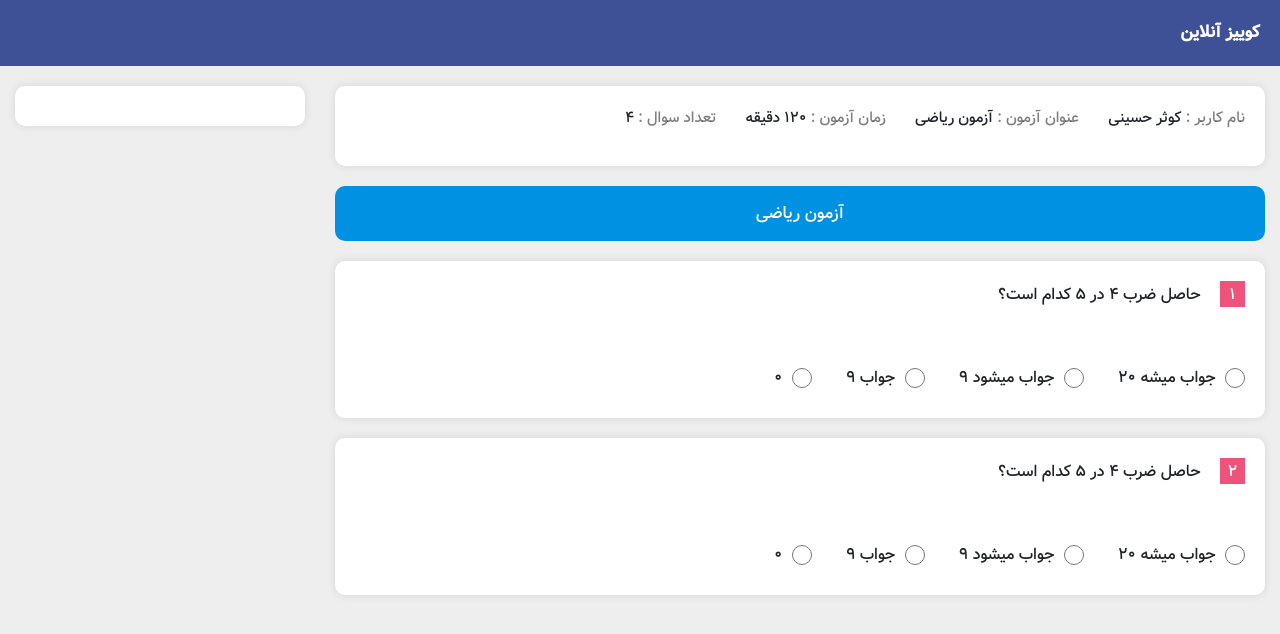
Repository: kosar78/quiz-online
Page: quiz.html
These files come from the project's save history. The page is drawn as it stood at one moment and after the next save; the edit follows.
The browser window is 1280 px wide. The pictures show the whole page.
Some web libraries are served in a nearby version.

Above is the page before, as saved 2022-01-09 23:21:45.
Console error: TypeError: Cannot set properties of null (setting 'innerHTML')

### quiz.html
<!DOCTYPE html>
<html lang="en">
<head>
    <meta charset="UTF-8">
    <meta name="viewport" content="width=device-width, initial-scale=1.0">
    <link rel="stylesheet" href="css/quiz.css">
    <link rel="stylesheet" href="bootstrap_files/css/bootstrap.min.css">
    <script type="text/javascript" src="JQuery_file/jQuery.js"></script>
    <script type="text/javascript" src="bootstrap_files/js/bootstrap.min.js"></script>
    <script type="text/javascript" src="js/quiz-timer.js"></script>
    <title>امتحان</title>
</head>
<body>
    <div class="container-fluid signin-container">
        <div class="row main-row">
            <div class="headerr">کوییز آنلاین</div>

            <div class="col-xl-9">
                <div class="quiz-details">
                    <ul>
                        <li>
                            <ul>
                                <li class="q-info-title">نام کاربر :</li>
                                <li>کوثر حسینی</li>
                            </ul>
                        </li>
                        <li>
                            <ul>
                                <li class="q-info-title">عنوان آزمون :</li>
                                <li>آزمون ریاضی</li>
                            </ul>
                        </li>
                        <li>
                            <ul>
                                <li class="q-info-title">زمان آزمون :</li>
                                <li>120 دقیقه</li>
                            </ul>
                        </li>
                        <li>
                            <ul>
                                <li class="q-info-title">تعداد سوال :</li>
                                <li>4</li>
                            </ul>
                        </li>
                    </ul>
                </div>
                <div class="exam-title-div">
                    <p class="exam-title">
                        آزمون ریاضی
                    </p>
                </div>


                <div class="question-box">
                    <ul>
                        <li class="question-number">1</li>
                        <li class="question-face">حاصل ضرب 4 در 5 کدام است؟</li>
                    </ul>
                    <img src="" alt="" class="q-pic">

                    <ul class="q-options">
                        <li>
                            <input type="radio" id="contactChoice1" name="answer" value="1" >
                        <label for="contactChoice1">جواب میشه 20</label>
                        </li>
                        <li>
                            <input type="radio" id="contactChoice2" name="answer" >
                            <label for="contactChoice2">جواب میشود 9</label>
                        </li>
                        <li>
                            <input type="radio" id="contactChoice3" name="answer" >
                            <label for="contactChoice3">جواب 9</label>
                        </li>
                        <li>
                            <input type="radio" id="contactChoice4" name="answer" >
                            <label for="contactChoice4">0</label>
                        </li>



                    </ul>
                </div>

                <div class="question-box">
                    <ul>
                        <li class="question-number">2</li>
                        <li class="question-face">حاصل ضرب 4 در 5 کدام است؟</li>
                    </ul>
                    <img src="" alt="" class="q-pic">

                    <ul class="q-options">
                        <li>
                            <input type="radio" id="contactChoice1" name="answer" value="1" >
                        <label for="contactChoice1">جواب میشه 20</label>
                        </li>
                        <li>
                            <input type="radio" id="contactChoice2" name="answer" >
                            <label for="contactChoice2">جواب میشود 9</label>
                        </li>
                        <li>
                            <input type="radio" id="contactChoice3" name="answer" >
                            <label for="contactChoice3">جواب 9</label>
                        </li>
                        <li>
                            <input type="radio" id="contactChoice4" name="answer" >
                            <label for="contactChoice4">0</label>
                        </li>



                    </ul>
                </div>
            </div>
            <div class="col-xl-3">
                <div class="quiz-timer">
                    <div id="app"></div>
                </div>
            </div>
        </div>
    </div>

    <script src="https://cdnjs.cloudflare.com/ajax/libs/axios/0.18.0/axios.min.js"></script>
    <!-- <script src="./connectToDB/signUp.js"></script> -->

</body>
</html>

### css/quiz.css
@font-face {
    font-family: FirstFont;
    src:url(../font/Vazir-Medium.woff2) format('woff2');
    src:url(../font/Vazir-Medium-FD-WOL.woff2) format('woff2');
  }
* {
    margin: 0;
    padding: 0;
    user-select: none;
    -moz-user-select: none;
    -khtml-user-select: none;
    -webkit-user-select: none;
    -o-user-select: none;
    text-align: right;
    text-decoration:none;
}
html body {
    direction: rtl;
    font-family:FirstFont;
    text-align: center;
    /* background: linear-gradient(260.06deg, #363671 12.33%, #3E5196 57.46%); */
    /* height: 100vh; */
    background-color: #eee;
}

ul li{
    display: inline-block;
    list-style: none;
}
.headerr{
    background-color: #3E5196;
    color: white;
    font-weight: 600;
    width: 100%;
    padding: 20px;
    font-size: 17px;
}
.quiz-details,
.question-box,
.quiz-timer{
    background-color: #fff;
    box-shadow: 0px 0px 10px rgba(0, 0, 0, 0.1);
    border-radius: 10px;
    width: 100%;
    height: max-content;
    padding: 20px !important;
    position: relative;
    margin: 20px 0;
}
.quiz-details ul li ul{
    margin-left: 25px;
    font-size: 15px;
}
.q-info-title{
    color: rgb(0, 0, 0,.5);
}
.exam-title-div{
    background-color:#0091E2;
    border-radius: 10px;
    width: 100%;
    height: max-content;
    padding: 15px !important;
    position: relative;
    margin: 20px 0;
}
.exam-title-div p{
    color: #fff;
    font-size: 17px;
    text-align: center;
    padding-top: 0px;
    margin-bottom: 0px;

}
.question-box .q-pic{
    max-width: 300px;
}
.question-box .q-options label{
    margin-left: 30px;
    margin-right: 5px;
}
.question-number{
    background-color: #EE537C;
    /* padding: 3px 8px; */
    width: 25px;
    margin-left: 15px;
    color: #fff;
    padding-top: 2px;
    text-align: center;

}
.q-options{
    margin-top: 15px;
    position: relative;
    margin-bottom: 0;
}
.q-options input{
    width: 20px;
    position: relative;
    height: 20px;
    top: 6px;

}
::placeholder {
    color: rgb(0, 0, 0,.5);
    opacity: 0.95;
  }

:-ms-input-placeholder {
    color: rgb(0, 0, 0,.5);
}

::-ms-input-placeholder {
    color: rgb(0, 0, 0,.5);
}

@media(max-width:335px){
    #password,
    #username,
    #confirm-password,
    #code{
        width: 84%;
    }

}
.base-timer {
    position: relative;
    width: 300px;
    height: 300px;
  }

  .base-timer__svg {
    transform: scaleX(-1);
  }

  .base-timer__circle {
    fill: none;
    stroke: none;
  }

  .base-timer__path-elapsed {
    stroke-width: 7px;
    stroke: grey;
  }

  .base-timer__path-remaining {
    stroke-width: 7px;
    stroke-linecap: round;
    transform: rotate(90deg);
    transform-origin: center;
    transition: 1s linear all;
    fill-rule: nonzero;
    stroke: currentColor;
  }

  .base-timer__path-remaining.green {
    color: rgb(65, 184, 131);
  }

  .base-timer__path-remaining.orange {
    color: orange;
  }

  .base-timer__path-remaining.red {
    color: red;
  }

  .base-timer__label {
    position: absolute;
    width: 300px;
    height: 300px;
    top: 0;
    display: flex;
    align-items: center;
    justify-content: center;
    font-size: 48px;
  }

### js/quiz-timer.js
// Credit: Mateusz Rybczonec

const FULL_DASH_ARRAY = 283;
const WARNING_THRESHOLD = 10;
const ALERT_THRESHOLD = 5;

const COLOR_CODES = {
  info: {
    color: "green"
  },
  warning: {
    color: "orange",
    threshold: WARNING_THRESHOLD
  },
  alert: {
    color: "red",
    threshold: ALERT_THRESHOLD
  }
};

const TIME_LIMIT = 20;
let timePassed = 0;
let timeLeft = TIME_LIMIT;
let timerInterval = null;
let remainingPathColor = COLOR_CODES.info.color;

document.getElementById("app").innerHTML = `
<div class="base-timer">
  <svg class="base-timer__svg" viewBox="0 0 100 100" xmlns="http://www.w3.org/2000/svg">
    <g class="base-timer__circle">
      <circle class="base-timer__path-elapsed" cx="50" cy="50" r="45" />
    </g>
  </svg>
  <span>
    <!-- Remaining time label -->
  </span>
</div>
`;

startTimer();

function onTimesUp() {
  clearInterval(timerInterval);
}

function startTimer() {
  timerInterval = setInterval(() => {
    timePassed = timePassed += 1;
    timeLeft = TIME_LIMIT - timePassed;
    document.getElementById("base-timer-label").innerHTML = formatTime(
      timeLeft
    );
    setCircleDasharray();
    setRemainingPathColor(timeLeft);

    if (timeLeft === 0) {
      onTimesUp();
    }
  }, 1000);
}

function formatTime(time) {
  const minutes = Math.floor(time / 60);
  let seconds = time % 60;

  if (seconds < 10) {
    seconds = `0${seconds}`;
  }

  return `${minutes}:${seconds}`;
}

function setRemainingPathColor(timeLeft) {
  const { alert, warning, info } = COLOR_CODES;
  if (timeLeft <= alert.threshold) {
    document
      .getElementById("base-timer-path-remaining")
      .classList.remove(warning.color);
    document
      .getElementById("base-timer-path-remaining")
      .classList.add(alert.color);
  } else if (timeLeft <= warning.threshold) {
    document
      .getElementById("base-timer-path-remaining")
      .classList.remove(info.color);
    document
      .getElementById("base-timer-path-remaining")
      .classList.add(warning.color);
  }
}

function calculateTimeFraction() {
  const rawTimeFraction = timeLeft / TIME_LIMIT;
  return rawTimeFraction - (1 / TIME_LIMIT) * (1 - rawTimeFraction);
}

function setCircleDasharray() {
  const circleDasharray = `${(
    calculateTimeFraction() * FULL_DASH_ARRAY
  ).toFixed(0)} 283`;
  document
    .getElementById("base-timer-path-remaining")
    .setAttribute("stroke-dasharray", circleDasharray);
}

Loaded but not shown: bootstrap_files/css/bootstrap.min.css (library); JQuery_file/jQuery.js (library); bootstrap_files/js/bootstrap.min.js (library)

After the next save:
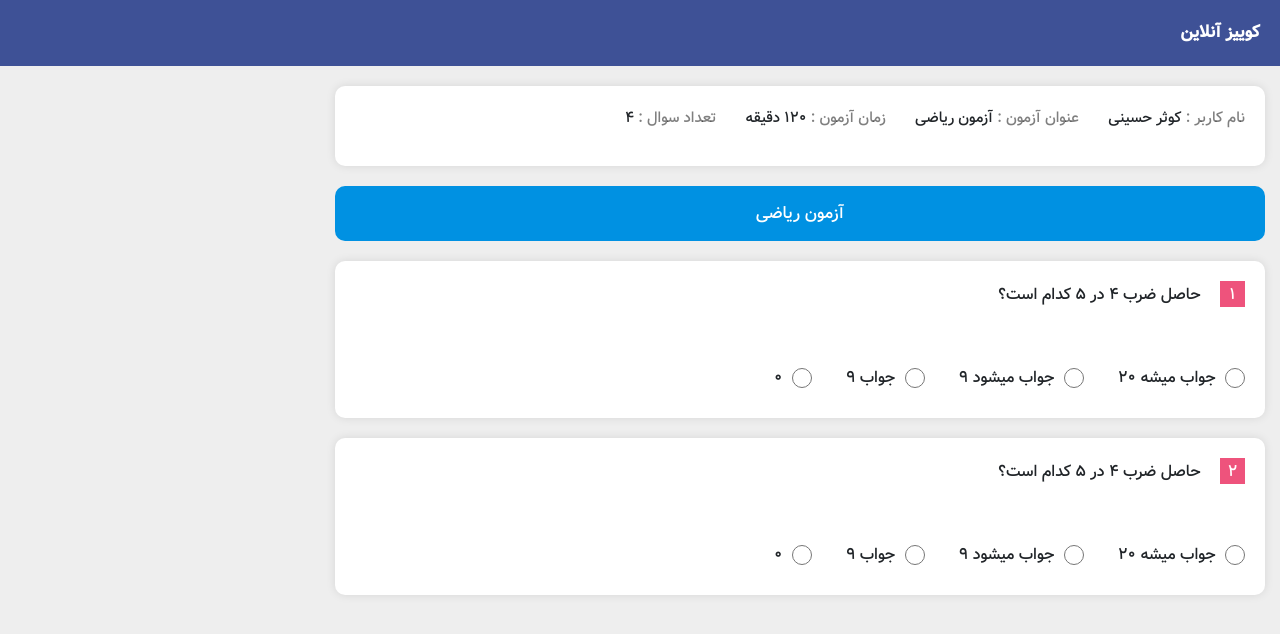
Saved 16 s later.
--- a/quiz.html
+++ b/quiz.html
@@ -112,9 +112,9 @@
                 </div>
             </div>
             <div class="col-xl-3">
-                <div class="quiz-timer">
+
                     <div id="app"></div>
-                </div>
+
             </div>
         </div>
     </div>

After the save that followed:
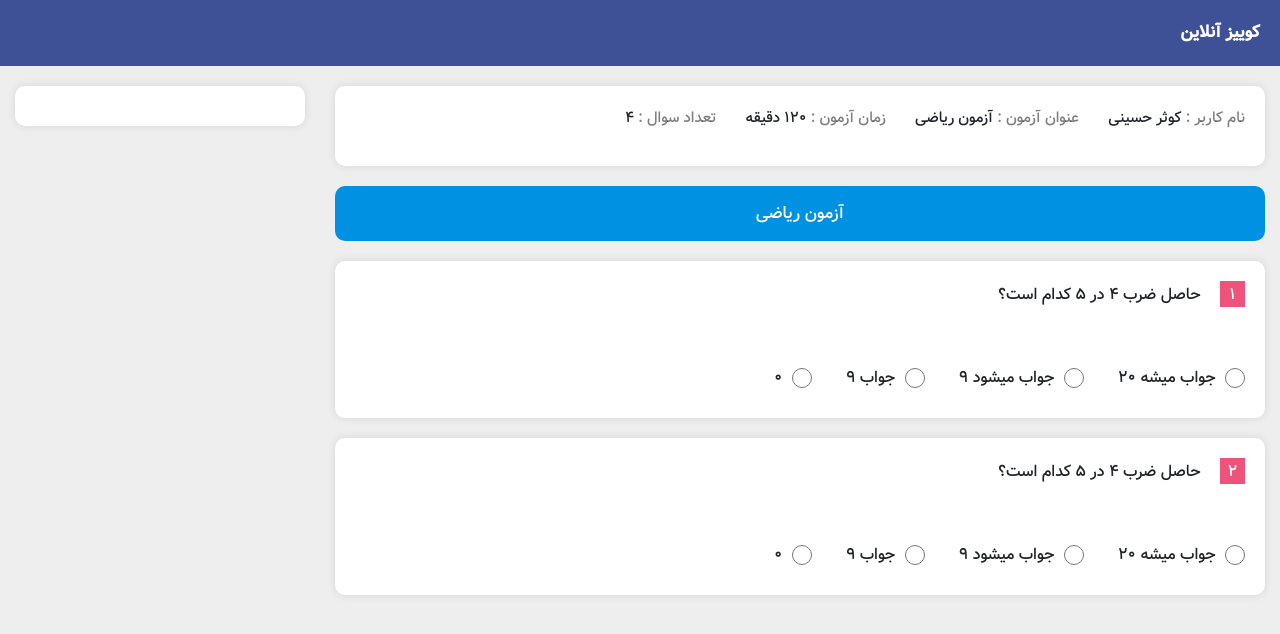
Saved 13 s later.
--- a/quiz.html
+++ b/quiz.html
@@ -112,9 +112,9 @@
                 </div>
             </div>
             <div class="col-xl-3">
-
+                <div class="quiz-timer">
                     <div id="app"></div>
-
+                </div>
             </div>
         </div>
     </div>
